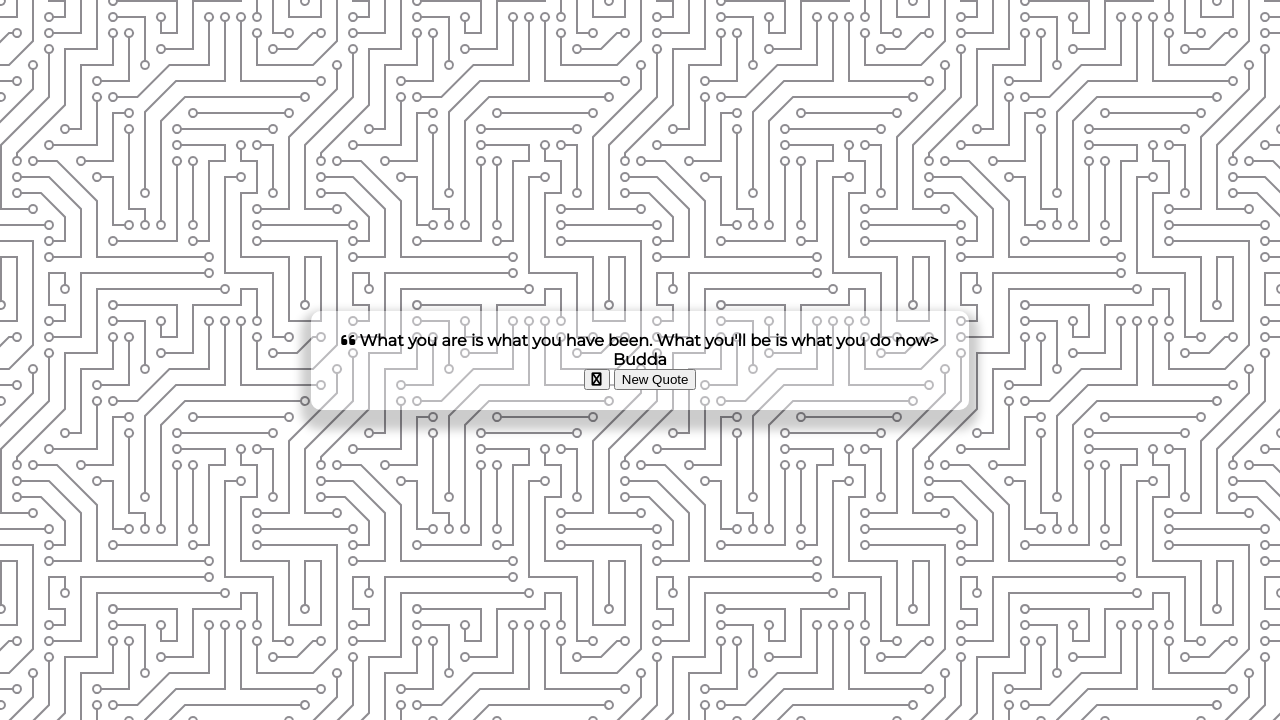
Repository: davidwood3/test-template
Page: .vscode/quote-generator/index.html
These files come from the project's save history. The page is drawn as it stood at one moment and after the next save; the edit follows.
The browser window is 1280 px wide. The pictures show the whole page.
Some web libraries are served in a nearby version.

Above is the page before, as saved 2023-07-25 19:47:10.
Console error: SyntaxError: Unexpected token '<'

### .vscode/quote-generator/index.html
<!DOCTYPE html>
<html lang="en">
<head>
    <meta charset="UTF-8">
    <meta name="viewport" content="width=device-width, initial-scale=1.0">
    <title>Quote Gererator</title>

    <script src="https://kit.fontawesome.com/f13702c793.js" crossorigin="anonymous"></script>

    <link rel="stylesheet" href="style.css"
</head>
<body>
    <div class="quote-container" id="quote-container">
        <!-- Quote -->
        <div class="quote-text">
            <i class="fas fa-quote-left"></i>
            <span id="quote">What you are is what you have been. What you'll be is what you do now></span>
        </div>
        <!-- Author -->
        <div class="quote-author">
            <span id="author">Budda</span>
        </div>
        <!-- Buttons -->
        <div class="button-container">
            <button class="twitter-button" id="twitter" title="Tweet This!">
                <i class="fas fa-twitter"></i>
            </button>
            <button id="new-quote">New Quote</button>
        </div>
    </div>

    <!-- Script  -->
   <script src="script.js"></script>
</body>
</html>

### .vscode/quote-generator/style.css
@import url('https://fonts.googleapis.com/css2?family=Montserrat&display=swap');

html {
    box-sizing: border-box;
}

body {
    margin: 0;
    min-height: 100vh;
    background-color: #ffffff;
    background-image: url("data:[embedded picture, 5330 characters]");
    color: #000;
    font-family: Montserrat, sans-serif;
    font-weight: 700;
    text-align: center;
    display: flex;
    align-items: center;
    justify-content: center;
}

.quote-container {
    width: auto;
    max-width: 900px;
    padding: 20px 30px;
    border-radius: 10px;
    background-color: rgba(255, 255, 255, 0.4);
    box-shadow: 0 10px 10px 10px rgba(0, 0, 0, 0.2);
}

### .vscode/quote-generator/script.js
<!DOCTYPE html>

After the next save:
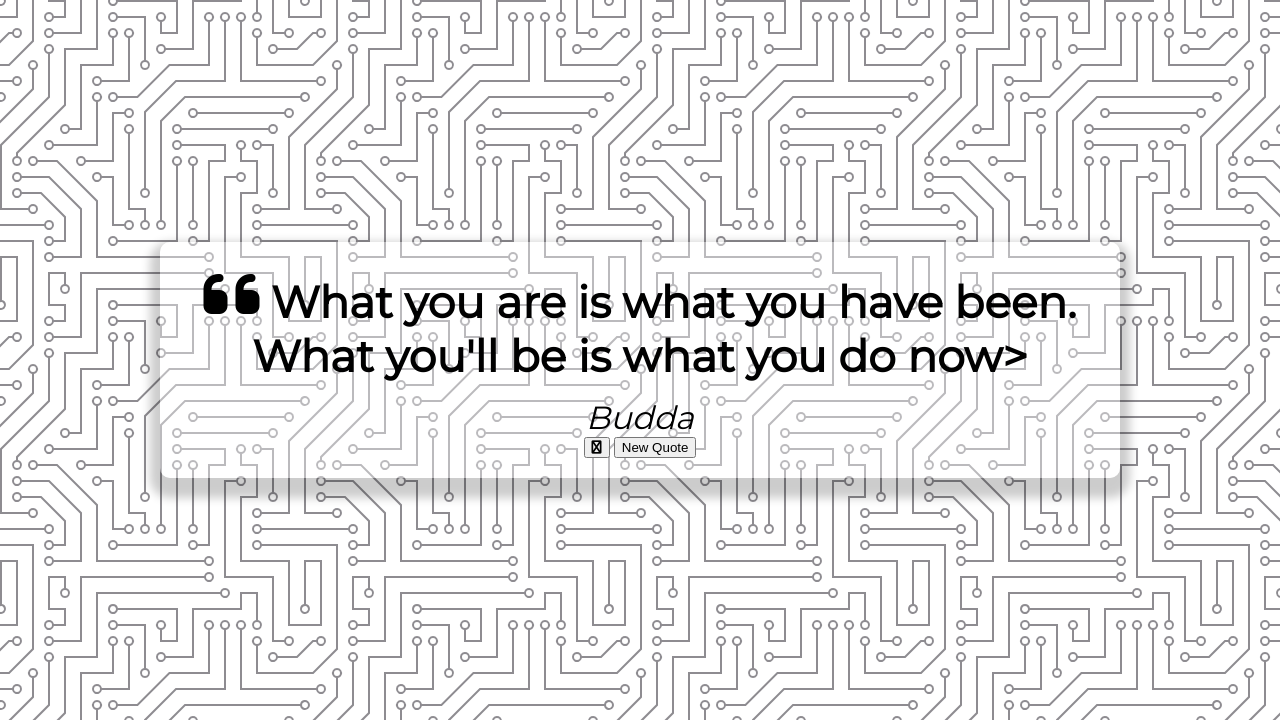
Saved 2 min 16 s later.
--- a/.vscode/quote-generator/style.css
+++ b/.vscode/quote-generator/style.css
@@ -26,3 +26,22 @@ body {
     background-color: rgba(255, 255, 255, 0.4);
     box-shadow: 0 10px 10px 10px rgba(0, 0, 0, 0.2);
 }
+
+.quote-text {
+    font-size: 2.75rem
+}
+
+.long-quote {
+    font-size: 2rem;
+}
+
+.fa-quote-left {
+    font-size: 4rem;
+}
+
+.quote-author {
+    margin-top: 15px;
+    font-size: 2rem;
+    font-weight: 400;
+    font-style: italic;
+}
